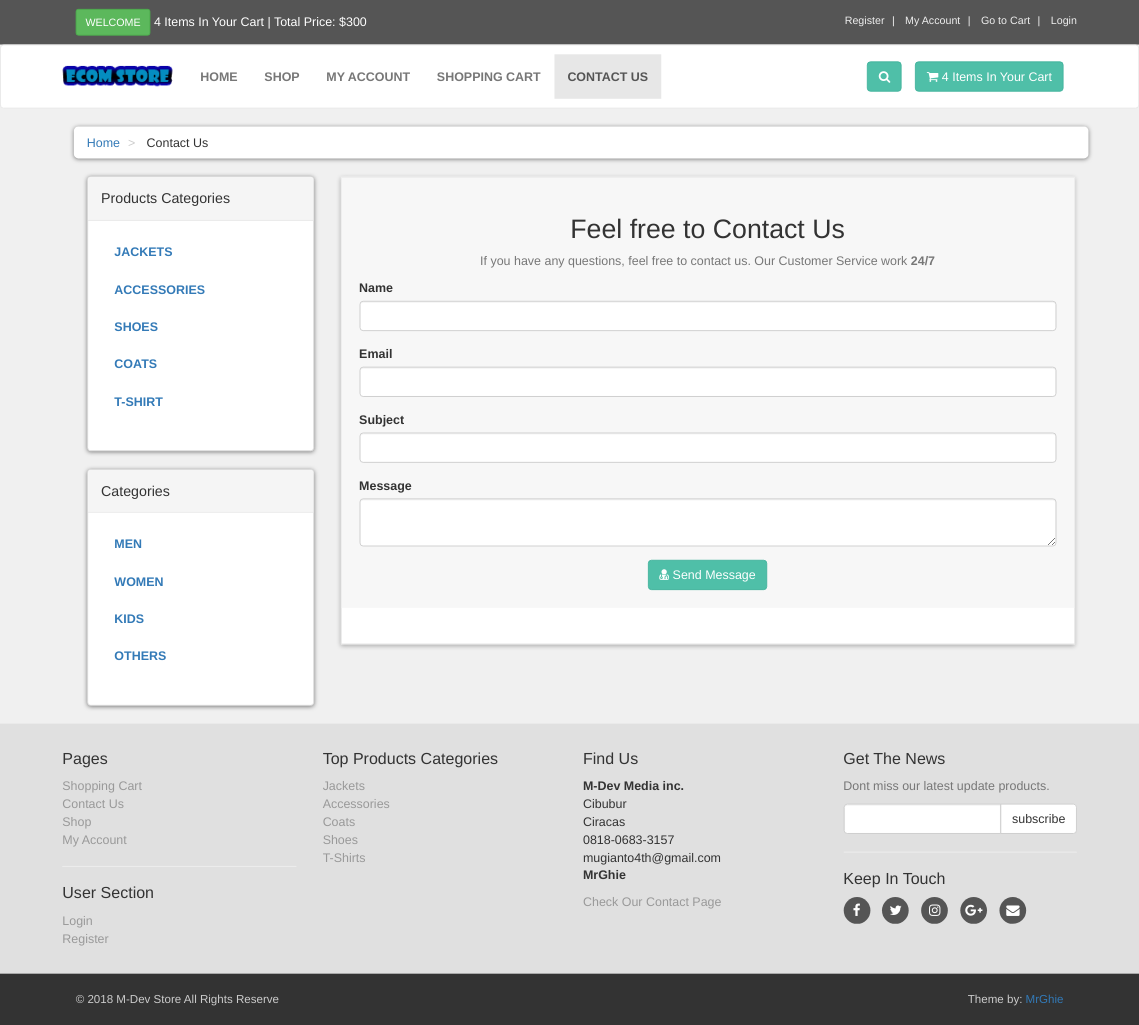
Repository: truonghuynhquy/M_Dev_Store
Page: http://localhost/contact.php
The author's editor kept a copy of each file at every save. The page is drawn from the files as they stood at one save, then again after the next save.
The browser window is 1280 px wide. The pictures show the whole page, at 89% of full size.
The page is run by PHP 8.4 with error messages shown; the project is at /var/www/html/.

Above is the page before, as saved 2022-11-14 10:47:03.

### contact.php
<!DOCTYPE html>
<html lang="en">

<head>
    <meta charset="UTF-8">
    <meta http-equiv="X-UA-Compatible" content="IE=edge">
    <meta name="viewport" content="width=device-width, initial-scale=1.0">
    <title>M-Dev Shop</title>
    <link rel="stylesheet" href="styles/bootstrap-337.min.css">
    <link rel="stylesheet" href="styles/style.css">
    <link rel="stylesheet" href="font-awsome/css/font-awesome.min.css">
</head>

<body>
    <div id="top">
        <!--  Top:     Begin  -->

        <div class="container">
            <!--  Container:     Begin  -->
            <div class="col-md-6 offer">
                <!--  col-md-6 offer:     Begin  -->
                <a href="#" class="btn btn-success btn-sm">Welcome</a>
                <a href="checkout.php">4 Items In Your Cart | Total Price: $300</a>
            </div><!--  col-md-6:     Finish  -->

            <div class="col md-6">
                <!--  col-md-6:     Begin  -->

                <ul class="menu">
                    <!--  menu:     Begin  -->
                    <li>
                        <a href="customer_register.php">Register</a>
                    </li>
                    <li>
                        <a href="customer/my_account.php">My Account</a>
                    </li>
                    <li>
                        <a href="cart.php">Go to Cart</a>
                    </li>
                    <li>
                        <a href="checkout.php">Login</a>
                    </li>

                </ul><!--  menu:     Finish  -->

            </div><!--  col-md-6:     Finish  -->

        </div><!--  Container:     Finish  -->

    </div><!--  Top:    Finish  -->

    <div id="navbar" class="navbar navbar-default">
        <!--  navbar navbar-default:    Begin  -->

        <div class="container">
            <!--  container:    Begin  -->

            <div class="nav-header">
                <!--  nav-header:    Begin  -->

                <a href="index.php" class="navbar-brand home">
                    <!-- navbar-brand home Begin -->

                    <img src="images/ecom-store-logo.png" alt="M-dev-Store Logo" class="hidden-xs">
                    <img src="images/ecom-store-logo-mobile.png" alt="M-dev-Store Logo Mobile" class="visible-xs">

                </a><!-- navbar-brand home Finish -->

                <button class="navbar-toggle" data-toggle="collapse" data-target="#navigation">

                    <span class="sr-only">Toggle navigation</span>

                    <i class="fa fa-align-justify"></i>

                </button>

                <button class="navbar-toggle" data-toggle="collapse" data-target="#search">

                    <span class="sr-only">Toggle Search</span>

                    <i class="fa fa-search"></i>

                </button>

            </div><!--  nav-header:    Finish  -->

            <div class="collapse navbar-collapse" id="navigation">
                <!-- navbar-collapse collapse Begin -->

                <div class="padding-nav">
                    <!-- padding-nav Begin -->

                    <ul class="nav navbar-nav left">
                        <!-- nav navbar-nav left Begin -->

                        <li >
                            <a href="index.php">Home</a>
                        </li>
                        <li>
                            <a href="shop.php">Shop</a>
                        </li>
                        <li>
                            <a href="customer/my_account.php">My Account</a>
                        </li>
                        <li>
                            <a href="cart.php">Shopping Cart</a>
                        </li>
                        <li class="active">
                            <a href="contact.php">Contact Us</a>
                        </li>

                    </ul><!-- nav navbar-nav left Finish -->

                </div><!-- padding-nav Finish -->

                <a href="cart.php" class="btn navbar-btn btn-primary right">

                    <!-- btn navbar-btn btn-primary Begin -->

                    <i class="fa fa-shopping-cart"></i>

                    <span>4 Items In Your Cart</span>

                </a><!-- btn navbar-btn btn-primary Finish -->

                <div class="navbar-collapse collapse right">
                    <!-- navbar-collapse collapse right Begin -->

                    <button class="btn btn-primary navbar-btn" type="button" data-toggle="collapse" data-target="#search">
                        <!-- btn btn-primary navbar-btn Begin -->

                        <span class="sr-only">Toggle Search</span>

                        <i class="fa fa-search"></i>

                </div><!-- navbar-collapse collapse right Finish -->

                <div class="collapse clearfix" id="search">
                    <!-- collapse clearfix Begin -->

                    <form method="get" action="results.php" class="navbar-form">
                        <!-- navbar-form Begin -->

                        <div class="input-group">
                            <!-- input-group Begin -->

                            <input type="text" class="form-control" placeholder="Search" name="user_query" required>

                            <span class="input-group-btn">
                                <!-- input-group-btn Begin -->

                                <button type="submit" name="search" value="Search" class="btn btn-primary">
                                    <!-- btn btn-primary Begin -->

                                    <i class="fa fa-search"></i>

                                </button><!-- btn btn-primary Finish -->

                            </span><!-- input-group-btn Finish -->

                        </div><!-- input-group Finish -->

                    </form><!-- navbar-form Finish -->

                </div><!-- collapse clearfix Finish -->

            </div><!-- navbar-collapse collapse Finish -->

        </div><!--  container:    Finish  -->

    </div><!--  navbar navbar-default:    Finish  -->

    <div id="content">
        <!-- #content Begin -->

        <div class="container">
            <!-- #container Begin -->

            <div class="co-md-12">
                <!-- col-md-12 Begin -->

                <ul class="breadcrumb">
                    <!-- breadcrumb Begin -->
                    <li>
                        <a href="index.html">Home</a>
                    </li>
                    <li>
                        Contact Us
                    </li>
                </ul><!-- breadcrumb Finish -->

            </div><!-- col-md-12 Finish -->

            <div class="col-md-3">
                <!-- col-md-3 Begin -->

                <?php

                include("includes/sidebar.php");

                ?>

            </div><!-- col-md-3 Finish -->

            <div class="col-md-9">
                <!-- col-md-9 Begin -->

                <div class="box">
                    <!-- box Begin -->

                    <div class="box-header">
                        <!-- box-header Begin -->

                        <center>
                            <!-- center Begin -->

                            <h2>Feel free to Contact Us</h2>

                            <p class="text-muted">

                                If you have any questions, feel free to contact us. Our Customer Service work <strong>24/7</strong>
                            </p>

                        </center><!-- center Finish -->

                        <form action="contact.php" method="post">
                            <!-- form Begin -->

                            <div class="form-group">
                                <!-- form-group Begin -->

                                <label>Name</label>

                                <input type="text" class="form-control" name="name" required>

                            </div><!-- form-group Finish -->

                            <div class="form-group">
                                <!-- form-group Begin -->

                                <label>Email</label>

                                <input type="text" class="form-control" name="email" required>

                            </div><!-- form-group Finish -->

                            <div class="form-group">
                                <!-- form-group Begin -->

                                <label>Subject</label>

                                <input type="text" class="form-control" name="subject" required>

                            </div><!-- form-group Finish -->

                            <div class="form-group">
                                <!-- form-group Begin -->

                                <label>Message</label>

                                <textarea name="message" class="form-control"></textarea>

                            </div><!-- form-group Finish -->

                            <div class="text-center">
                                <!-- text-center Begin -->

                                <button type="submit" name="submit" class="btn btn-primary">

                                    <i class="fa fa-user-md"></i>   Send Message

                                </button>

                            </div><!-- text-center Finish -->

                        </form><!-- form Finish -->

                    </div><!-- box-header Finish -->

                </div><!-- box Finish -->

            </div><!-- col-md-9 Finish -->

        </div><!-- #container Finish -->

    </div><!-- #content Finish -->

    <?php

    include("includes/footer.php");

    ?>

    <script src="js/jquery-331.min.js"></script>
    <script src="js/bootstrap-337.min.js"></script>


</body>

</html>

### includes/sidebar.php
<div class="panel panel-default sidebar-menu">
    <!-- panel panel-default sidebar-menu Begin -->

    <div class="panel-heading">
        <!-- panel-heading Begin -->

        <h3 class="panel-title">Products Categories</h3>

    </div><!-- panel-heading Finish -->

    <div class="panel-body">
        <!-- panel-body Begin -->

        <ul class="nav nav-pills nav-stacked category-menu">
            <!-- nav nav-pills nav-stacked category-menu Begin -->

            <li><a href="#">Jackets</a></li>
            <li><a href="#">Accessories</a></li>
            <li><a href="#">Shoes</a></li>
            <li><a href="#">Coats</a></li>
            <li><a href="#">T-Shirt</a></li>

        </ul><!-- nav nav-pills nav-stacked category-menu Finish -->

    </div><!-- panel-body Finish -->

</div><!-- panel panel-default sidebar-menu Finish -->

<div class="panel panel-default sidebar-menu">
    <!-- panel panel-default sidebar-menu Begin -->

    <div class="panel-heading">
        <!-- panel-heading Begin -->

        <h3 class="panel-title">Categories</h3>

    </div><!-- panel-heading Finish -->

    <div class="panel-body">
        <!-- panel-body Begin -->

        <ul class="nav nav-pills nav-stacked category-menu">
            <!-- nav nav-pills nav-stacked category-menu Begin -->

            <li><a href="#">Men</a></li>
            <li><a href="#">Women</a></li>
            <li><a href="#">Kids</a></li>
            <li><a href="#">Others</a></li>

        </ul><!-- nav nav-pills nav-stacked category-menu Finish -->

    </div><!-- panel-body Finish -->

</div><!-- panel panel-default sidebar-menu Finish -->

### includes/footer.php
<div id="footer">
    <!-- #footer Begin -->
    <div class="container">
        <!-- container Begin -->
        <div class="row">
            <!-- row Begin -->
            <div class="col-sm-6 col-md-3">
                <!-- col-sm-6 col-md-3 Begin -->

                <h4>Pages</h4>

                <ul>
                    <!-- ul Begin -->
                    <li><a href="cart.php">Shopping Cart</a></li>
                    <li><a href="contact.php">Contact Us</a></li>
                    <li><a href="shop.php">Shop</a></li>
                    <li><a href="customer/my_account.php">My Account</a></li>
                </ul><!-- ul Finish -->

                <hr>

                <h4>User Section</h4>

                <ul>
                    <!-- ul Begin -->
                    <li><a href="checkout.php">Login</a></li>
                    <li><a href="customer_register.php">Register</a></li>
                </ul><!-- ul Finish -->

                <hr class="hidden-md hidden-lg hidden-sm">

            </div><!-- col-sm-6 col-md-3 Finish -->

            <div class="com-sm-6 col-md-3">
                <!-- col-sm-6 col-md-3 Begin -->

                <h4>Top Products Categories</h4>

                <ul>
                    <!-- ul Begin -->
                    <li><a href="#">Jackets</a></li>
                    <li><a href="#">Accessories</a></li>
                    <li><a href="#">Coats</a></li>
                    <li><a href="#">Shoes</a></li>
                    <li><a href="#">T-Shirts</a></li>
                </ul><!-- ul Finish -->

                <hr class="hidden-md hidden-lg">

            </div><!-- col-sm-6 col-md-3 Finish -->

            <div class="col-sm-6 col-md-3">
                <!-- col-sm-6 col-md-3 Begin -->

                <h4>Find Us</h4>

                <p>
                    <!-- p Start -->

                    <strong>M-Dev Media inc.</strong>
                    <br />Cibubur
                    <br />Ciracas
                    <br />0818-0683-3157
                    <br />mugianto4th@gmail.com
                    <br /><strong>MrGhie</strong>

                </p><!-- p Finish -->

                <a href="contact.php">Check Our Contact Page</a>

                <hr class="hidden-md hidden-lg">

            </div><!-- col-sm-6 col-md-3 Finish -->

            <div class="col-sm-6 col-md-3">

                <h4>Get The News</h4>

                <p class="text-muted">
                    Dont miss our latest update products.
                </p>

                <form action="" method="post">
                    <!-- form begin -->
                    <div class="input-group">
                        <!-- input-group begin -->

                        <input type="text" class="form-control" name="email">

                        <span class="input-group-btn">
                            <!-- input-group-btn begin -->

                            <input type="submit" value="subscribe" class="btn btn-default">

                        </span><!-- input-group-btn Finish -->

                    </div><!-- input-group Finish -->
                </form><!-- form Finish -->

                <hr>

                <h4>Keep In Touch</h4>

                <p class="social">
                    <a href="#" class="fa fa-facebook"></a>
                    <a href="#" class="fa fa-twitter"></a>
                    <a href="#" class="fa fa-instagram"></a>
                    <a href="#" class="fa fa-google-plus"></a>
                    <a href="#" class="fa fa-envelope"></a>
                </p>

            </div>
        </div><!-- row Finish -->
    </div><!-- container Finish -->
</div><!-- #footer Finish -->


<div id="copyright">
    <!-- #copyright Begin -->
    <div class="container">
        <!-- container Begin -->
        <div class="col-md-6">
            <!-- col-md-6 Begin -->

            <p class="pull-left">&copy; 2018 M-Dev Store All Rights Reserve</p>

        </div><!-- col-md-6 Finish -->
        <div class="col-md-6">
            <!-- col-md-6 Begin -->

            <p class="pull-right">Theme by: <a href="#">MrGhie</a></p>

        </div><!-- col-md-6 Finish -->
    </div><!-- container Finish -->
</div><!-- #copyright Finish -->

Loaded but not shown: styles/bootstrap-337.min.css (library); font-awsome/css/font-awesome.min.css (library); js/jquery-331.min.js (library); js/bootstrap-337.min.js (library); styles/style.css (391 lines, source omitted)

After the next save:
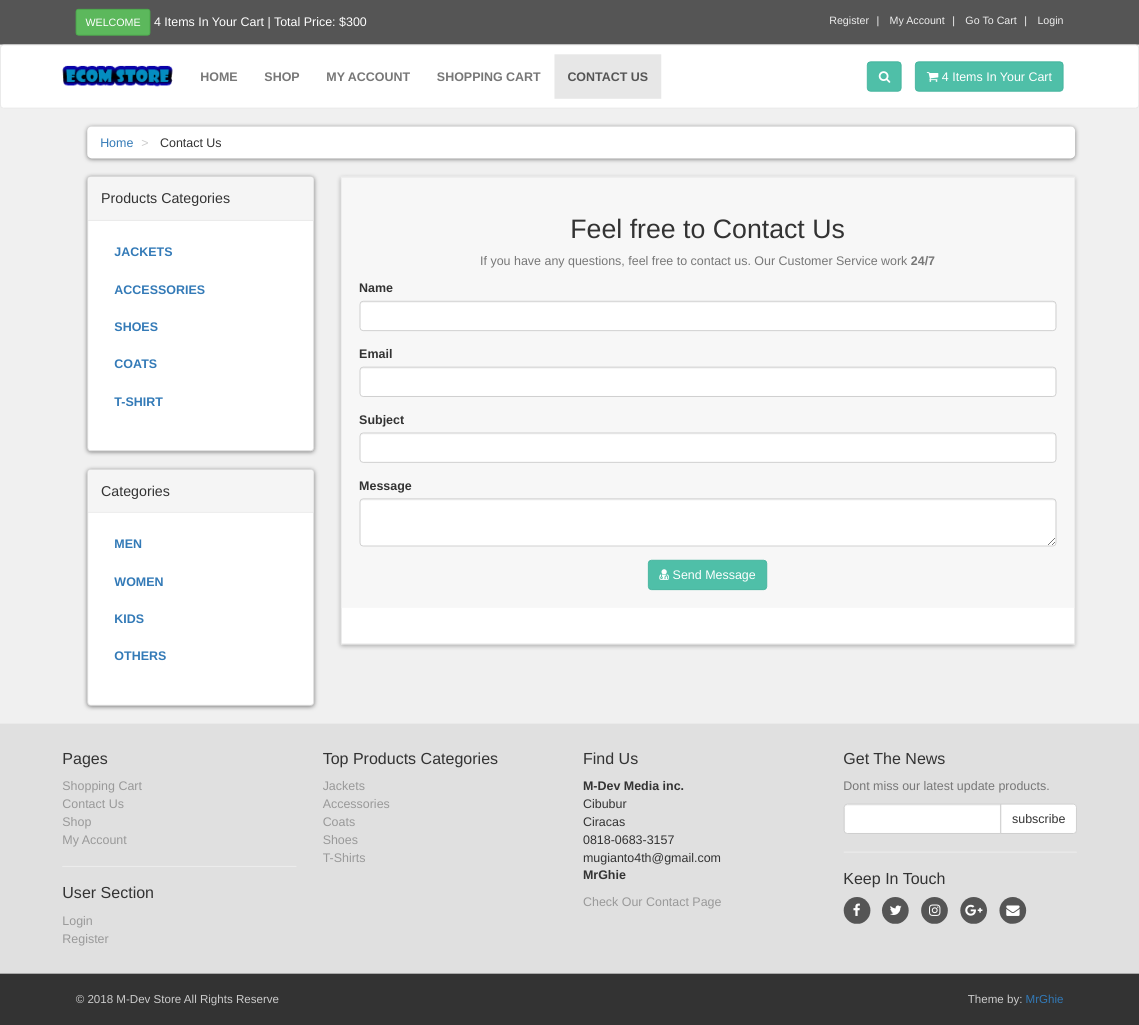
Saved 11 s later.
--- a/contact.php
+++ b/contact.php
@@ -3,31 +3,35 @@
 
 <head>
     <meta charset="UTF-8">
-    <meta http-equiv="X-UA-Compatible" content="IE=edge">
-    <meta name="viewport" content="width=device-width, initial-scale=1.0">
-    <title>M-Dev Shop</title>
+    <meta name="viewport" content="width=device-width, initial-scale=1">
+    <title>M-Dev Store</title>
     <link rel="stylesheet" href="styles/bootstrap-337.min.css">
+    <link rel="stylesheet" href="font-awsome/css/font-awesome.min.css">
     <link rel="stylesheet" href="styles/style.css">
-    <link rel="stylesheet" href="font-awsome/css/font-awesome.min.css">
 </head>
 
 <body>
+
     <div id="top">
-        <!--  Top:     Begin  -->
+        <!-- Top Begin -->
 
         <div class="container">
-            <!--  Container:     Begin  -->
+            <!-- container Begin -->
+
             <div class="col-md-6 offer">
-                <!--  col-md-6 offer:     Begin  -->
+                <!-- col-md-6 offer Begin -->
+
                 <a href="#" class="btn btn-success btn-sm">Welcome</a>
-                <a href="checkout.php">4 Items In Your Cart | Total Price: $300</a>
-            </div><!--  col-md-6:     Finish  -->
-
-            <div class="col md-6">
-                <!--  col-md-6:     Begin  -->
+                <a href="checkout.php">4 Items In Your Cart | Total Price: $300 </a>
+
+            </div><!-- col-md-6 offer Finish -->
+
+            <div class="col-md-6">
+                <!-- col-md-6 Begin -->
 
                 <ul class="menu">
-                    <!--  menu:     Begin  -->
+                    <!-- cmenu Begin -->
+
                     <li>
                         <a href="customer_register.php">Register</a>
                     </li>
@@ -35,28 +39,28 @@
                         <a href="customer/my_account.php">My Account</a>
                     </li>
                     <li>
-                        <a href="cart.php">Go to Cart</a>
+                        <a href="cart.php">Go To Cart</a>
                     </li>
                     <li>
                         <a href="checkout.php">Login</a>
                     </li>
 
-                </ul><!--  menu:     Finish  -->
-
-            </div><!--  col-md-6:     Finish  -->
-
-        </div><!--  Container:     Finish  -->
-
-    </div><!--  Top:    Finish  -->
+                </ul><!-- menu Finish -->
+
+            </div><!-- col-md-6 Finish -->
+
+        </div><!-- container Finish -->
+
+    </div><!-- Top Finish -->
 
     <div id="navbar" class="navbar navbar-default">
-        <!--  navbar navbar-default:    Begin  -->
+        <!-- navbar navbar-default Begin -->
 
         <div class="container">
-            <!--  container:    Begin  -->
-
-            <div class="nav-header">
-                <!--  nav-header:    Begin  -->
+            <!-- container Begin -->
+
+            <div class="navbar-header">
+                <!-- navbar-header Begin -->
 
                 <a href="index.php" class="navbar-brand home">
                     <!-- navbar-brand home Begin -->
@@ -68,7 +72,7 @@
 
                 <button class="navbar-toggle" data-toggle="collapse" data-target="#navigation">
 
-                    <span class="sr-only">Toggle navigation</span>
+                    <span class="sr-only">Toggle Navigation</span>
 
                     <i class="fa fa-align-justify"></i>
 
@@ -82,9 +86,9 @@
 
                 </button>
 
-            </div><!--  nav-header:    Finish  -->
-
-            <div class="collapse navbar-collapse" id="navigation">
+            </div><!-- navbar-header Finish -->
+
+            <div class="navbar-collapse collapse" id="navigation">
                 <!-- navbar-collapse collapse Begin -->
 
                 <div class="padding-nav">
@@ -93,7 +97,7 @@
                     <ul class="nav navbar-nav left">
                         <!-- nav navbar-nav left Begin -->
 
-                        <li >
+                        <li>
                             <a href="index.php">Home</a>
                         </li>
                         <li>
@@ -114,7 +118,6 @@
                 </div><!-- padding-nav Finish -->
 
                 <a href="cart.php" class="btn navbar-btn btn-primary right">
-
                     <!-- btn navbar-btn btn-primary Begin -->
 
                     <i class="fa fa-shopping-cart"></i>
@@ -133,6 +136,8 @@
 
                         <i class="fa fa-search"></i>
 
+                    </button><!-- btn btn-primary navbar-btn Finish -->
+
                 </div><!-- navbar-collapse collapse right Finish -->
 
                 <div class="collapse clearfix" id="search">
@@ -166,23 +171,21 @@
 
             </div><!-- navbar-collapse collapse Finish -->
 
-        </div><!--  container:    Finish  -->
-
-    </div><!--  navbar navbar-default:    Finish  -->
+        </div><!-- container Finish -->
+
+    </div><!-- navbar navbar-default Finish -->
 
     <div id="content">
         <!-- #content Begin -->
-
         <div class="container">
-            <!-- #container Begin -->
-
-            <div class="co-md-12">
+            <!-- container Begin -->
+            <div class="col-md-12">
                 <!-- col-md-12 Begin -->
 
                 <ul class="breadcrumb">
                     <!-- breadcrumb Begin -->
                     <li>
-                        <a href="index.html">Home</a>
+                        <a href="index.php">Home</a>
                     </li>
                     <li>
                         Contact Us
@@ -214,12 +217,14 @@
                         <center>
                             <!-- center Begin -->
 
-                            <h2>Feel free to Contact Us</h2>
+                            <h2> Feel free to Contact Us</h2>
 
                             <p class="text-muted">
+                                <!-- text-muted Begin -->
 
                                 If you have any questions, feel free to contact us. Our Customer Service work <strong>24/7</strong>
-                            </p>
+
+                            </p><!-- text-muted Finish -->
 
                         </center><!-- center Finish -->
 
@@ -267,7 +272,7 @@
 
                                 <button type="submit" name="submit" class="btn btn-primary">
 
-                                    <i class="fa fa-user-md"></i>   Send Message
+                                    <i class="fa fa-user-md"></i> Send Message
 
                                 </button>
 
@@ -281,8 +286,7 @@
 
             </div><!-- col-md-9 Finish -->
 
-        </div><!-- #container Finish -->
-
+        </div><!-- container Finish -->
     </div><!-- #content Finish -->
 
     <?php
